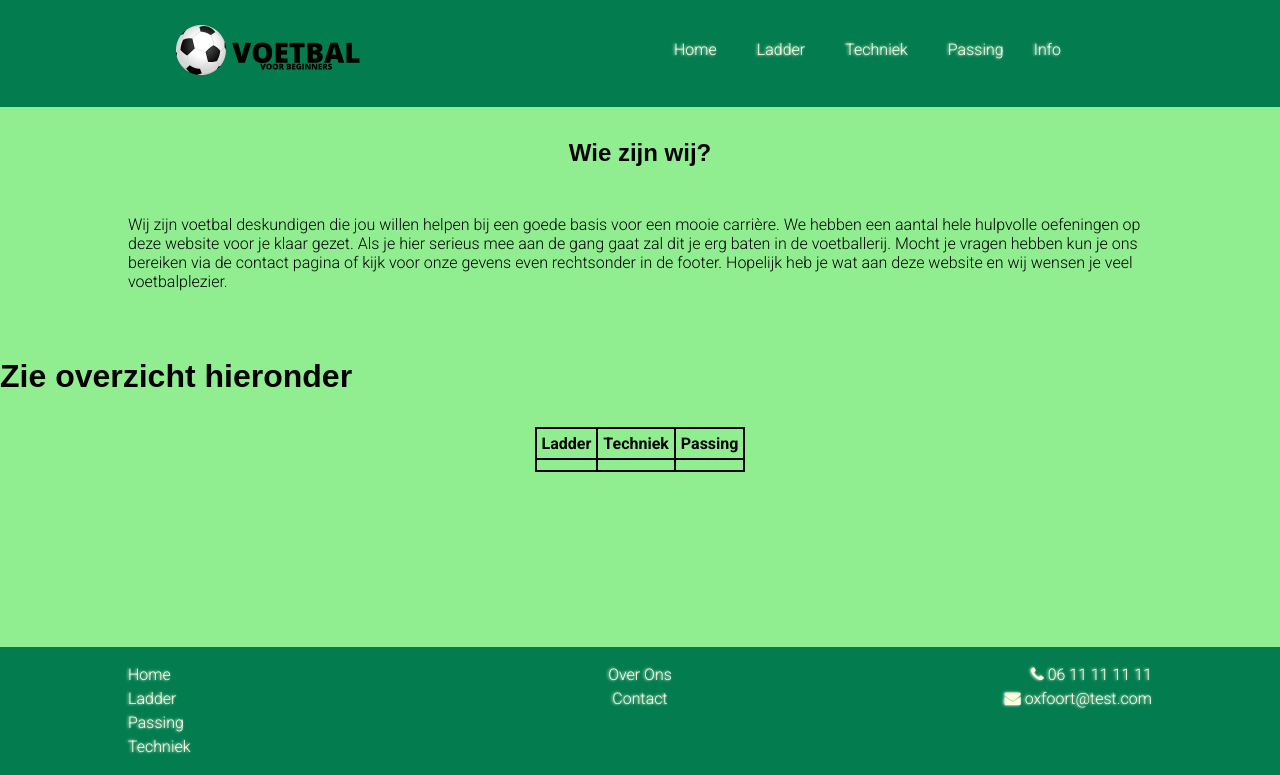
Repository: KelvinOxfoort/Start
Page: overons.html
The author's editor kept a record of every edit. The page is drawn from the files as they stood at one moment, then again after the next edit.
The browser window is 1280 px wide. The pictures show the whole page.
Some web fonts or font styles are not loaded; a fallback is used.

Above is the page before.

### overons.html
<!DOCTYPE html>
<html lang="nl">

<head>
    <meta charset="UTF-8">
    <meta name="viewport" content="width=device-width, initial-scale=1.0">
    <meta http-equiv="X-UA-Compatible" content="ie=edge">
    <link rel="stylesheet" href="style.css">
    <link href="https://fonts.googleapis.com/css2?family=Cantora+One&family=Roboto:ital,wght@0,300;0,700;1,100&display=swap" rel="stylesheet">
    <link rel="stylesheet" href="https://cdnjs.cloudflare.com/ajax/libs/font-awesome/4.7.0/css/font-awesome.min.css">
    <script src="functions.js"></script>
    <title>Voetbal voor beginners</title>
</head>

<body>
    <header id="header">
        <div>
            <a href="index.html"><img class="logo" src="uploads/LOGO.png" alt="logo"></a>
        </div>
        <nav>
            <li><a href="index.html">Home</a></li>
            <li><a href="ladder.html">Ladder</a></li>
            <li><a href="techniek.html">Techniek</a></li>
            <li><a href="passing.html">Passing</a></li>
            <li id="menu">Info</li>
                <ul id="dropdown">
                    <li><a href="contact.html">Contact</a></li>
                    <li><a href="overons.html">Over Ons</a></li>
                </ul>
        </nav>
    </header>
    <main>
        <section>
            <H1>Wie zijn wij?</H1>
            <p>Wij zijn voetbal deskundigen die jou willen helpen bij een goede basis voor een mooie carrière.
            We hebben een aantal hele hulpvolle oefeningen op deze website voor je klaar gezet. Als je hier serieus
            mee aan de gang gaat zal dit je erg baten in de voetballerij. Mocht je vragen hebben kun je ons bereiken via
            de contact pagina of kijk voor onze gevens even rechtsonder in de footer. Hopelijk heb je wat aan deze website
            en wij wensen je veel voetbalplezier.</p>
        </section>
        <br>
        <h1>Zie overzicht hieronder</h1>
        <table>
            <tr>
                <th>Ladder</th>
                <th>Techniek</th>
                <th>Passing</th>
            </tr>
            <tr>
                <th></th>
                <th></th>
                <th></th>
            </tr>
        </table>
    </main>
     <footer id="footer">
        <div class="footercolumns">
            <ul class="footerpagina">
                <li><a href="index.html">Home</a></li>
                <li><a href="ladder.html">Ladder</a></li>
                <li><a href="passing.html">Passing</a></li>
                <li><a href="techniek.html">Techniek</a></li>
            </ul>
            <ul class="footerinfo">
                <li><a href="overons.html">Over Ons</a></li>
                <li><a href="contact.html">Contact</a></li>
            </ul>
            <ul class="footercontact">
                <li><i class="fa fa-phone"></i> <a href="tel:0611111111">06 11 11 11 11</a>
                </li>
                <li><i class="fa fa-envelope"></i> <a href="mailto:oxfoort@test.com">oxfoort@test.com</a>
                </li>
            </ul>
        </div>
    </footer>
</body>

</html>

### style.css
:root {
    --header-footer-kleur: #037d50;
    --color-text: #ffffdb;
}


body {
    font-family: 'Roboto', sans-serif;
}

body {
    background-color: #90ee90;
    margin: 0;
}

h1,
h2,
h3,
h4 {
    font-family: 'Cantora One', sans-serif;
}

.overzicht {
    text-align: center;
}

li {
    list-style: none;
}

ul {
    padding: 0;
}

main {
    min-height: 75vh;
}

h1 {
    margin: 0;
    padding: 2rem 0rem;
}




header {
    background-color: #037d50;
    display: flex;
    flex-wrap: nowrap;
}

header li, header a {
    text-decoration: none;
    color: unset;
    line-height: 1.5;
    padding: 10px;
}

header li:hover {
    transition: ease-in-out 0.3s all;
    color: #037d50;
    background: #90ee90;
    cursor: pointer;

}

header li {
    color: var(--color-text);
    text-shadow: -1px 0px 3px white;
}

nav li {
    list-style: none;
    line-height: 5;
}

nav {
    display: flex;
    flex-wrap: nowrap;
    flex-basis: 30%;
    margin-left: 30%;

}

nav ul {
    display: flex;
    flex-wrap: nowrap;
    justify-content: space-between;
    widht: 100%;
    line-height: 6.5;
    position: relative;
}

#dropdown {
    display: none;
    position: absolute;
    width: 40%;
    background: #037d50;
    top: calc( 100% - 1px );
    right: -28.4%;
    margin: 0;
}

#dropdown.active {
    display: block;
}

#dropdown li{
    line-height: 3;
}

.logo {
    width: 250px;
    margin-left: 50%;
}


footer {
    background-color: var(--header-footer-kleur);
}

.footercolumns {
    display: flex;
    flex-wrap: nowrap;
    justify-content: space-between;
}

.footercolumns li {
    list-style: none;
}

footer a {
    text-decoration: none;
    color: unset;
    line-height: 1.5;
}

footer li{
    color: #ffffdb;
    text-shadow: -1px 0px 3px white;
}

footer a:hover {
    transition: ease-in-out 0.3s all;
    color: #90ee90;
}

footer ul {
    width: 28%;
}

.footerinfo {
    text-align: center;
}

.footercontact {
    text-align: right;
}

.container {
    padding-top: 10%;
}


.banner {
    background-image: url(https://cdn.pixabay.com/photo/2014/10/14/20/24/the-ball-488718_1280.jpg);
    width: 100%;
    background-repeat: no-repeat;
    height: 80vh;
    background-size: cover;
}

.banner-content {
    color: #000;
    width: 55%;
    padding: 50px 0 50px 50px;
    font-size: 18px;
    font-weight: bold;
    border: solid 3px #037d50;
    background-color: #ffffff6e;
}

.quote {
    display: flex;
    flex-wrap: nowrap;
    justify-content: space-between;
}

.quote blockquote {
    margin: 0;
    margin-bottom: 40px;
}


section h1 {
    text-align: center;
}




.contact-pagina h1 {
    text-align: center;
}

.contact-formulier {
    max-width: 600px;
    margin: auto;
    padding: 0 10px;
    overflow: hidden;
}

.contact-formulier-naam {
    display: initial;
    width: 49.6%;
    box-sizing: border-box;
    margin: 16px 0 0 0;
    border: 0;
    padding: 20px 40px;
    outline: none;
}

.contact-formulier-naam:focus {
    box-shadow: 0 0 10px 4px #037d50;
}

.contact-formulier-email {
    display: block;
    width: 100%;
    box-sizing: border-box;
    margin: 16px 0;
    border: 0;
    padding: 20px 40px;
    outline: none;
}

.contact-formulier-email:focus {
    box-shadow: 0 0 10px 4px #037d50;
}

.contact-formulier-tekst {
    display: block;
    width: 100%;
    box-sizing: border-box;
    margin: 16px 0;
    border: 0;
    padding: 20px 40px;
    outline: none;
}

.contact-formulier-tekst:focus {
    box-shadow: 0 0 10px 4px #037d50;
}

textarea.contact-formulier-tekst {
    resize: none;
    height: 120px;
}

.contact-formulier-knop {
    float: right;
    margin-bottom: 50px;
    border: 0;
    padding: 12px 50px;
    border-radius: 20px;
    cursor: pointer;
    transition: 0.5s;
}

.contact-formulier-knop:hover {
    background: #e0e0e0;
}

section,
hr,
.footercolumns {
    margin: 0 10%;
}

.mediasection ul {
    display: flex;
    flex-wrap: nowrap;
    justify-content: space-between;
    margin-top: 20px;
    margin-bottom: 20px;
}

iframe {
    width: 100%;
    height: 100%;
    border: none;
}


video {
    width: 100%;
    height: 100%;
}

.fotovids1 {
    background-image: url(./uploads/voetballende_kinderen.png);
    background-size: cover;
    background-repeat: no-repeat;
    background-position-y: 35%;
}

.fotovids2 {
    background-size: cover;
    background-repeat: no-repeat;
    background-position-y: 35%;
}

.fotovids3,
.fotovids4 {
    background-color: black;
}


.fotovids5 {
    background-image: url(https://cdn.pixabay.com/photo/2016/06/29/09/28/football-1486353_960_720.jpg);
    background-size: cover;
    background-repeat: no-repeat;
    background-position-y: 75%;
}

.mediasection ul li {
    width: 19%;
}

.plaatjesection ul {
    display: flex;
    flex-wrap: nowrap;
    justify-content: space-between;
    margin-top: 40px;
    margin-bottom: 40px;
}

.plaatjesection ul li {
    width: 28%;
    background-color: #d0fad0;
    box-shadow: 1px 1px 9px 0px black;
}

.plaatjesection div {
    margin-left: 20px;
    margin-right: 20px;
}

.plaatje {
    background: url(https://media.defense.gov/2013/Sep/09/2000710340/-1/-1/0/130829-D-RT812-259.JPG) no-repeat;
    background-size: cover;
    background-position-y: 98%;
    height: 190px;
    margin-top: 20px;
    margin-bottom: 5px;
}

.tweede {
    background: url(https://encrypted-tbn0.gstatic.com/images?q=tbn%3AANd9GcQGQujdtUYY6ZvVAVyYnViHFfmqRA8QfeRchdvbMtoRneMGzXFF&usqp=CAU) no-repeat;
    background-size: cover;
}

.derde {
    background: url(https://encrypted-tbn0.gstatic.com/images?q=tbn%3AANd9GcRbiFGD33UEuO2sUuPWsS63qn6kfET_udMECwd8WcEFtynlFjDH&usqp=CAU) no-repeat;
    background-size: cover;
    background-position-y: 11%;
}

.textarea p {
    margin-top: 15px;
    margin-bottom: 25px;
}

.paginaplaatje {
    height: 130px;
    width: 280px;
    margin-top: 20px;
    margin-bottom: 5px;
}

.map {
    height: 300px;
}

.goed-gedaan {
    margin-bottom: 50px;
}


table {
    text-align: left;
    margin-left: auto;
    margin-right: auto;
    border-spacing: 0;
}

table, th, td {
    border: solid 1px black;
}

th, td {
    padding: 5px;
}

 table {
        margin-bottom: 60px;
    }

    .ontzichtbaar {
        border: solid 1px #90ee90;
    }


@media (max-width: 1023px) {

    .logo {
        margin-left: 10%;
    }

    nav {
        margin-left: 10%;
    }

    .banner {
        background-position-x: 56%;
    }

    .container {
        padding-top: 60%;
    }
    .plaatjesection ul {
        flex-wrap: wrap;
    }
    .plaatjesection ul li {
        width: 100%;
        margin-bottom: 50px;
    }

    .plaatjebox div {
        display: inline-block;
        width: 40%;
        vertical-align: middle;
    }

    .tweede {
        float: right;
        margin-top: 5%;
    }

    .mediasection ul {
        flex-wrap: wrap;
    }
    .mediasection ul li {
        flex-basis: 30%;
    }
    .fotovids4,
    .fotovids5 {
        flex-basis: 48% !important;
        margin-top: 30px;
    }

    .map {
        height: 314px;
    }

    #dropdown {
       right: -1.0%;
    }

    .overonstekst {
    margin-bottom: 60px;
    }

    table {
        margin-bottom: 226px;
    }

    .ontzichtbaar {
        border: solid 1px #90ee90;
    }


}

@media (max-width: 767px) {

    header {
        flex-wrap: wrap;
    }

    .logo {
        margin-left: 17%;
    }

    nav {
        flex-wrap: wrap;
        flex-basis: 100%;
        line-height: 2.5;
        margin-left: 0%;
    }

    .banner-content {
        padding: 50px;
    }

    .banner {
        background-position-x: 90%;
    }

    .quote {
        flex-wrap: wrap;
    }

    .mediasection ul {
        flex-wrap: wrap;
    }

    .mediasection ul li {
        flex-basis: 30%;
    }

    .plaatjebox div {
        width: 86%;
    }

    .contact-formulier-naam {
        width: 100%
    }

    .footercolumns {
        flex-wrap: wrap;
    }

    footer ul {
        width: 45%;
    }

    footer ul {
        width: 100%;
    }

    footer ul li {
        text-align: center;
    }


    .mediasection ul li {
        flex-basis: 100% !important;
        margin: 20px 0;
        min-height: 172px;
    }

    nav > li {
        flex-basis: 10%;
    }

    #dropdown {
        width: 35%;
        right: 0;
        text-align: right;
    }

    table {
    margin-bottom: 90px;
    }
}

### functions.js
//         <div id="map"></div>

//         <script>
//             function initmap() {
//                 var location = {lat: -25.363, lng: 131.044};
//                 var map = new google.maps.Map(document.getElementById("map"), {
//                     zoom: 4,
//                     center: location
//                 });
//                 var marker = new google.maps.Marker({
//                     position: location,
//                     map: map
//                 })
//                 }

//         </script>

//           <script async defer src="https://maps.googleapis.com/maps/api/js?key=AIzaSyC7btDHor-Ms7kRZcJnf92KTW2o_lgjLSs&callback=initMap"
//   type="text/javascript"></script>








window.onload=function(){

document.getElementById("menu").addEventListener("click",openMenu);

function openMenu(){
    document.getElementById("dropdown").classList.toggle("active")
};

};

After the next edit:
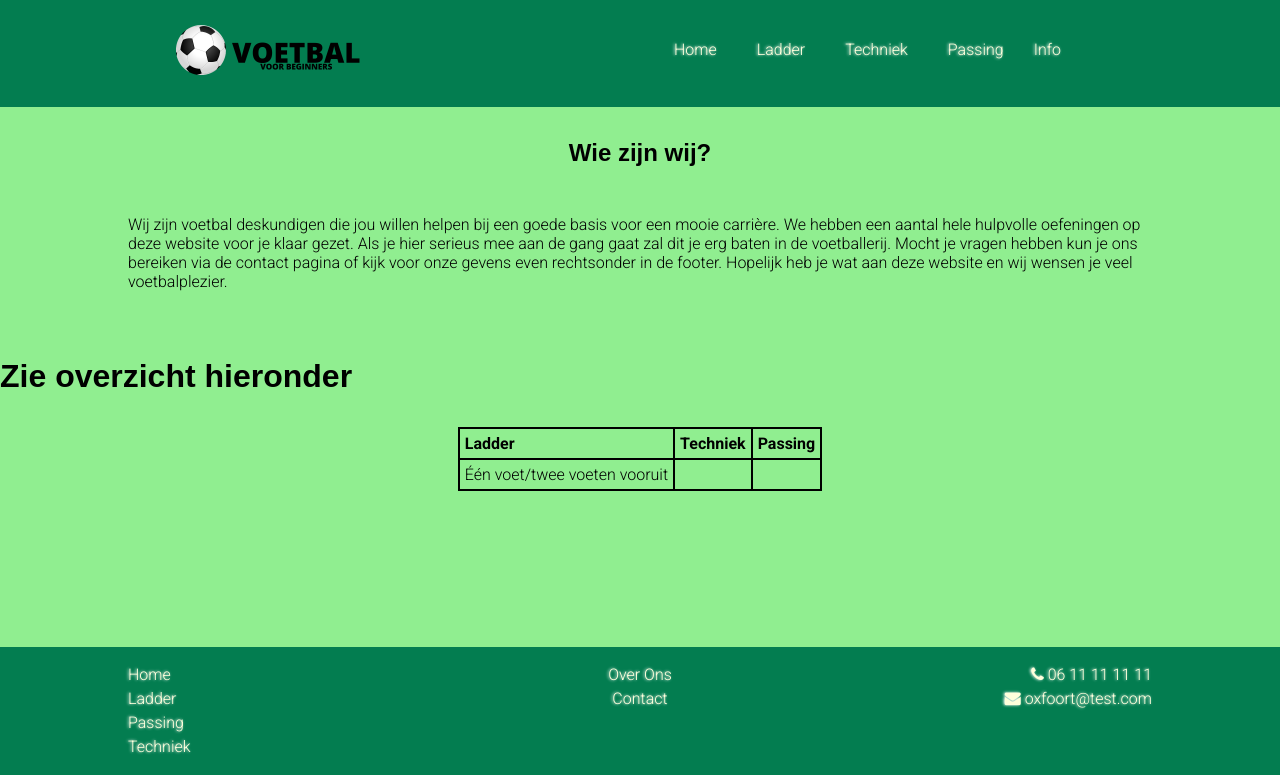
The edit:
--- a/overons.html
+++ b/overons.html
@@ -47,9 +47,9 @@
                 <th>Passing</th>
             </tr>
             <tr>
-                <th></th>
-                <th></th>
-                <th></th>
+                <td> Één voet/twee voeten vooruit</td>
+                <td></td>
+                <td></td>
             </tr>
         </table>
     </main>
